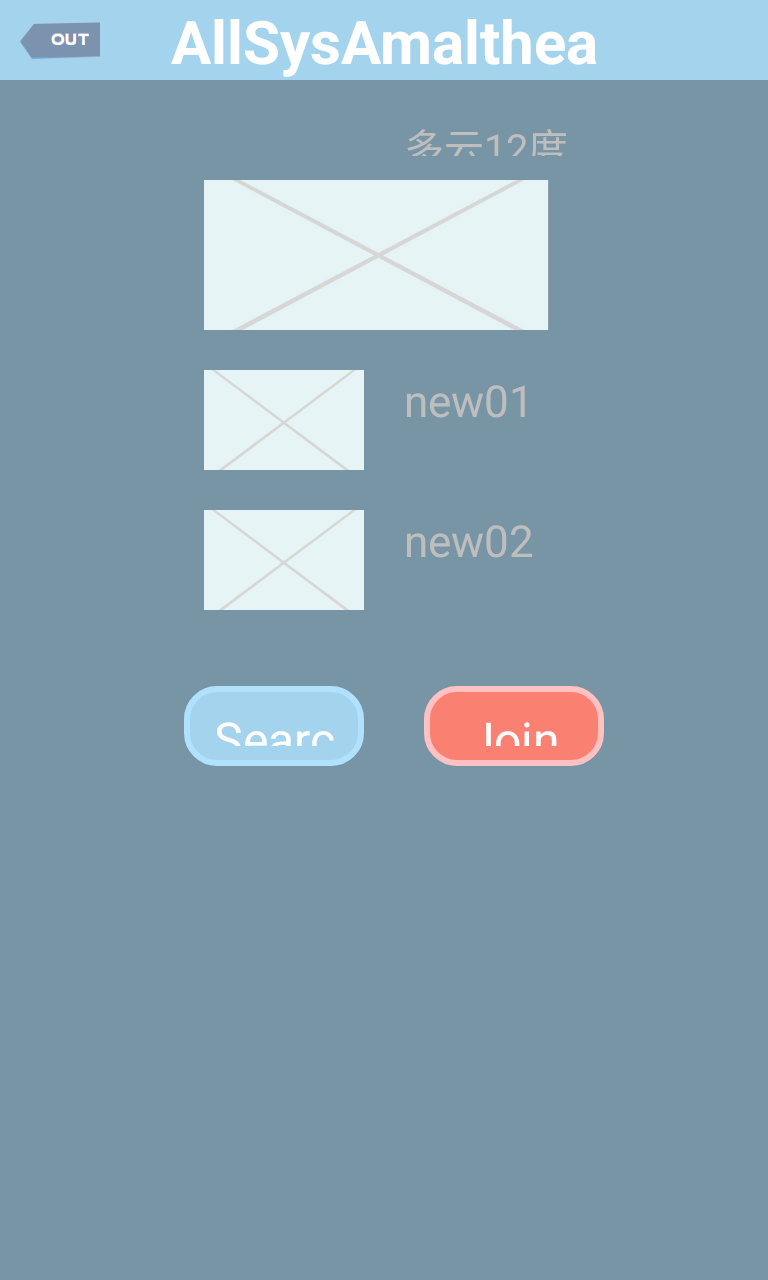
Repository: AllSysAmalthea/AllSys
Layout: APP/AppUI code/代码/Allsys/res/layout/activity_regular.xml
The author's editor kept a copy of each file at every save. The layout is drawn from the files as they stood at one save, then again after the next save.
It is drawn on a 768 x 1280 px phone screen (xhdpi) without system bars, with theme android:Theme.NoTitleBar; the app's code is not run.

Above is the layout before, as saved 2015-06-08 02:48:07.

### APP/AppUI code/代码/Allsys/res/layout/activity_regular.xml
<RelativeLayout xmlns:android="http://schemas.android.com/apk/res/android"
    xmlns:tools="http://schemas.android.com/tools"
    android:layout_width="match_parent"
    android:layout_height="wrap_content"
    android:layout_gravity="center_horizontal"
    android:background="@drawable/back"
    android:gravity="top"
    tools:context=".SearchActivity" >

    <AbsoluteLayout
        android:id="@+id/linearLayout1"
        android:layout_width="fill_parent"
        android:layout_height="wrap_content"
        android:orientation="horizontal" >

        <TextView
            android:id="@+id/header_text"
            android:layout_width="fill_parent"
            android:layout_height="80px"
            android:layout_x="0px"
            android:layout_y="0px"
            android:background="#A4D3EE"
            android:gravity="center"
            android:singleLine="true"
            android:text="AllSysAmalthea"
            android:textColor="#ffffff"
            android:textSize="30sp"
            android:textStyle="bold" />

        <ImageButton
            android:id="@+id/header_left_btn"
            android:layout_width="80px"
            android:layout_height="60px"
            android:layout_x="10dp"
            android:layout_y="4dp"
            android:background="@drawable/pic1" />

        <ImageButton
            android:id="@+id/Location"
            android:layout_width="40px"
            android:layout_height="40px"
            android:layout_x="532dp"
            android:layout_y="11dp"
            android:background="@drawable/loc" />

    </AbsoluteLayout>

    <TextView
        android:id="@+id/textView1"
        android:layout_width="200px"
        android:layout_height="60px"
        android:layout_alignTop="@+id/myImageView2"
        android:layout_marginLeft="20dp"
        android:layout_toRightOf="@+id/myImageView2"
        android:text="new01"
        android:textSize="22sp" />

    <ImageView
        android:id="@+id/myImageView3"
        android:layout_width="160px"
        android:layout_height="100px"
        android:layout_below="@+id/myImageView2"
        android:layout_marginTop="20dp"
        android:layout_toLeftOf="@+id/textView1"
        android:background="@drawable/news02" />

    <TextView
        android:id="@+id/textView2"
        android:layout_width="200px"
        android:layout_height="60px"
        android:layout_alignLeft="@+id/textView1"
        android:layout_alignTop="@+id/myImageView3"
        android:text="new02"
        android:textSize="22sp" />

    <ImageView
        android:id="@+id/myImageView2"
        android:layout_width="160px"
        android:layout_height="100px"
        android:layout_alignLeft="@+id/myImageView1"
        android:layout_below="@+id/myImageView1"
        android:layout_marginTop="20dp"
        android:background="@drawable/news02" />

    <ImageView
        android:id="@+id/myImageView1"
        android:layout_width="360px"
        android:layout_height="150px"
        android:layout_below="@+id/textView4"
        android:layout_centerHorizontal="true"
        android:layout_marginTop="12dp"
        android:background="@drawable/news01" />

    <Button
        android:id="@+id/Joinus"
        android:layout_width="180px"
        android:layout_height="80px"
        android:layout_alignBaseline="@+id/Search"
        android:layout_alignBottom="@+id/Search"
        android:layout_alignRight="@+id/textView2"
        android:background="@drawable/shape2"
        android:text="Join us"
        android:textColor="#ffffff"
        android:textSize="24sp" />

    <Button
        android:id="@+id/Search"
        android:layout_width="180px"
        android:layout_height="80px"
        android:layout_alignRight="@+id/myImageView3"
        android:layout_below="@+id/myImageView3"
        android:layout_marginTop="38dp"
        android:background="@drawable/shape3"
        android:text="Search"
        android:textColor="#ffffff"
        android:textSize="24sp" />

    <TextView
        android:id="@+id/textView4"
        android:layout_width="200px"
        android:layout_height="40px"
        android:layout_alignLeft="@+id/textView1"
        android:layout_below="@+id/linearLayout1"
        android:layout_marginTop="18dp"
        android:text="多云12度"
        android:textSize="20sp" />

</RelativeLayout>

### APP/AppUI code/代码/Allsys/res/drawable-mdpi/shape2.xml
<?xml version="1.0" encoding="utf-8"?>
<shape xmlns:android="http://schemas.android.com/apk/res/android"
    android:shape="rectangle" >

    <!-- 填充的颜色：这里设置背景透明 -->
    <solid android:color="#fa8072" />
    <!-- 边框的颜色 ：不能和窗口背景色一样-->
    <stroke
        android:width="3dp"
        android:color="#FFC1C1" />
    <!-- 设置按钮的四个角为弧形 -->
    <!-- android:radius 弧形的半径 -->
    <corners android:radius="15dip" />

    <!-- padding：Button里面的文字与Button边界的间隔 -->
    <padding
        android:bottom="10dp"
        android:left="10dp"
        android:right="10dp"
        android:top="10dp" />

</shape>

### APP/AppUI code/代码/Allsys/res/drawable-mdpi/shape3.xml
<?xml version="1.0" encoding="utf-8"?>
<shape xmlns:android="http://schemas.android.com/apk/res/android"
    android:shape="rectangle" >

    <!-- 填充的颜色：这里设置背景透明 -->
    <solid android:color="#A4D3EE" />
    <!-- 边框的颜色 ：不能和窗口背景色一样-->
    <stroke
        android:width="3dp"
        android:color="#B0E2FF" />
    <!-- 设置按钮的四个角为弧形 -->
    <!-- android:radius 弧形的半径 -->
    <corners android:radius="15dip" />

    <!-- padding：Button里面的文字与Button边界的间隔 -->
    <padding
        android:bottom="10dp"
        android:left="10dp"
        android:right="10dp"
        android:top="10dp" />

</shape>

After the next save:
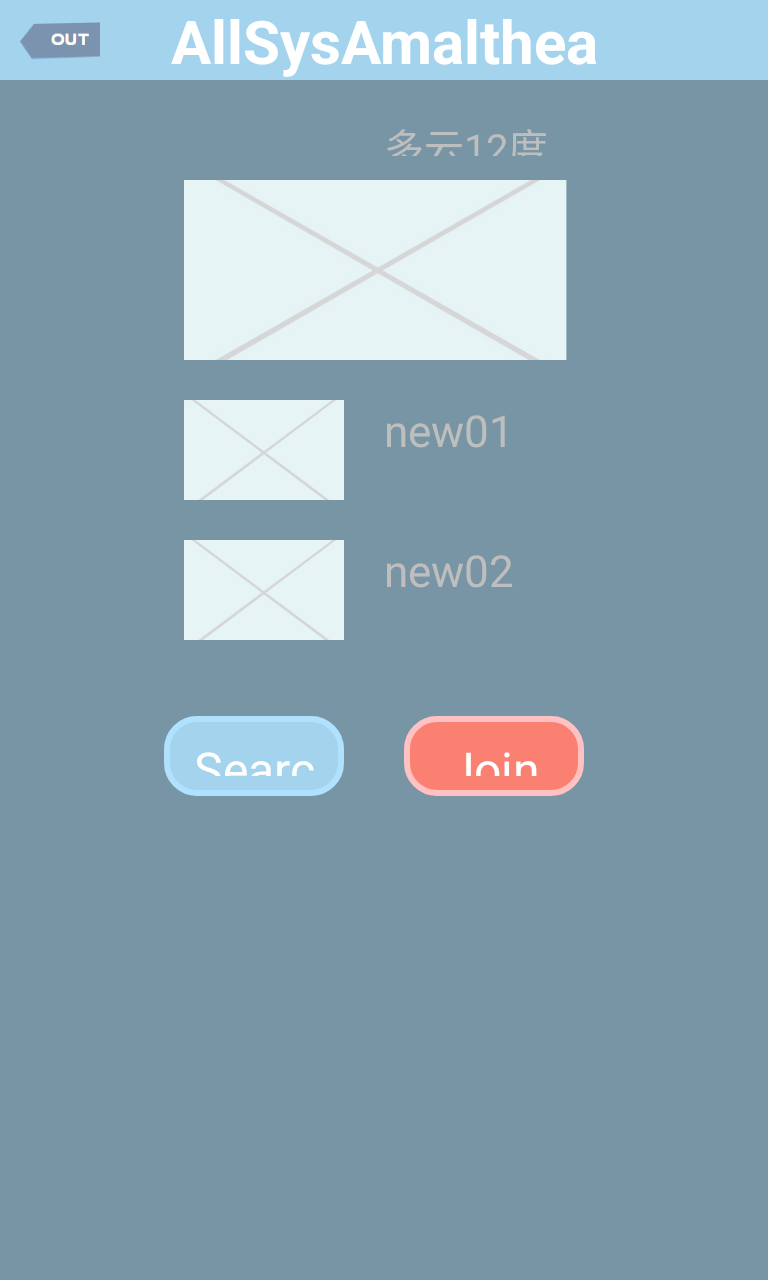
Saved 14 s later.
--- a/APP/AppUI code/代码/Allsys/res/layout/activity_regular.xml
+++ b/APP/AppUI code/代码/Allsys/res/layout/activity_regular.xml
@@ -84,8 +84,8 @@
 
     <ImageView
         android:id="@+id/myImageView1"
-        android:layout_width="360px"
-        android:layout_height="150px"
+        android:layout_width="400px"
+        android:layout_height="180px"
         android:layout_below="@+id/textView4"
         android:layout_centerHorizontal="true"
         android:layout_marginTop="12dp"
